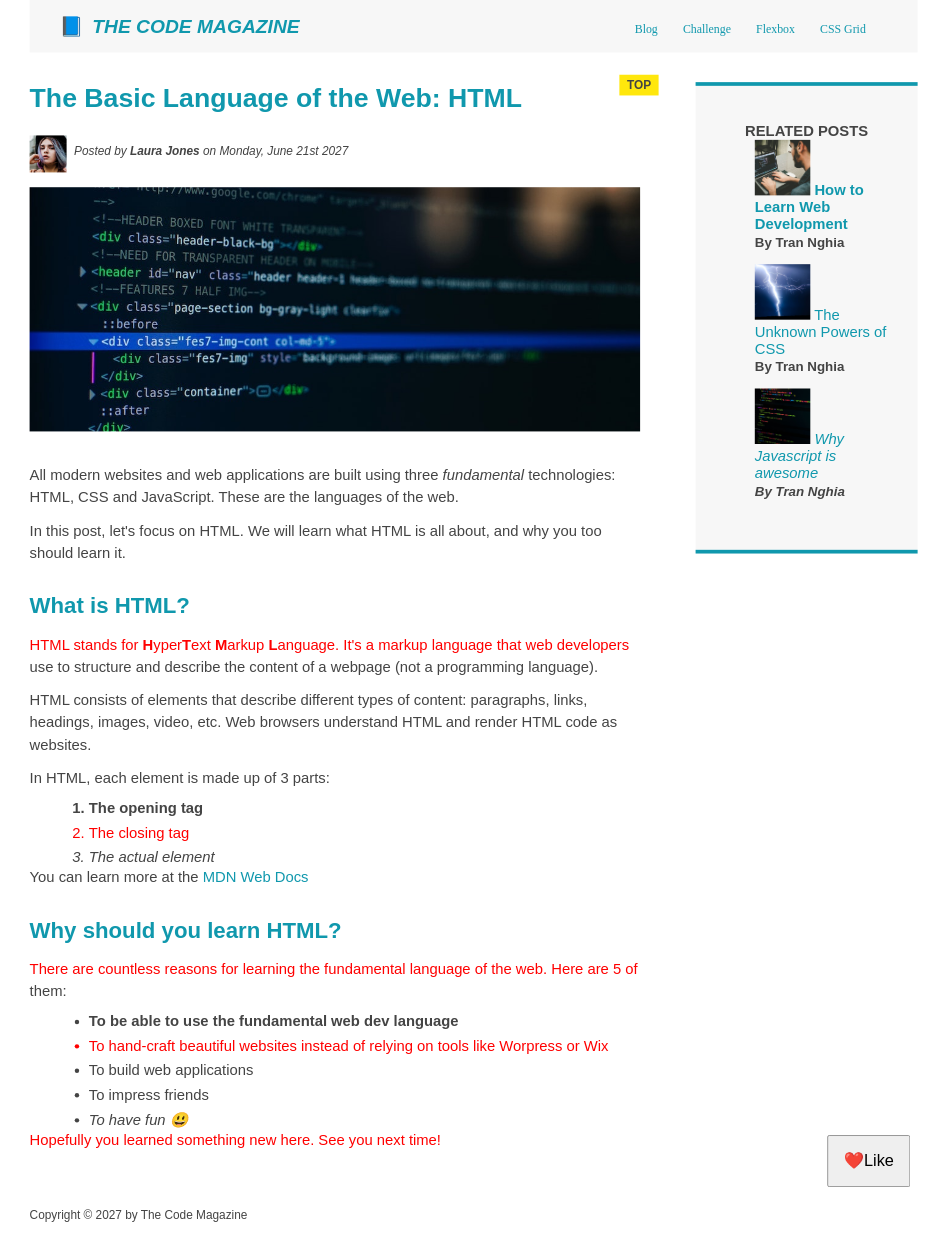
Repository: nghiakma/HTML-CSS-Fundamental
Page: HTML/index.html
These files come from the project's save history. The page is drawn as it stood at one moment and after the next save; the edit follows.
The browser window is 1280 px wide. The pictures show the whole page, at 74% of full size.

Above is the page before, as saved 2023-08-22 16:01:38.

### HTML/index.html
<!DOCTYPE html>
<html lang="en">

<head>
  <meta charset="UTF-8">
  <meta name="viewport" content="width=device-width, initial-scale=1.0">
  <title>The Basic Language of the web: HTML</title>
  <link rel="stylesheet" href="/CSS/index.css">
  <link rel="stylesheet" href="/CSS/layout.css">
</head>

<body>

  <div class="container">
    <header class="main-header clearfix">
      <h1>📘 The Code Magazine</h1>
      <nav>
        <a href="#">Blog</a>
        <a href="#">Challenge</a>
        <a href="#">Flexbox</a>
        <a href="#">CSS Grid</a>
      </nav>
      <!-- <div class="clear"></div> -->
    </header>

    <article>
      <header class="post-header">
        <h2>The Basic Language of the Web: HTML</h2>
        <img class="author-img" src="./laura-jones.jpg" alt="Headshot of Laura Jones" height="50" width="50">
        <p id="author" class="author">
          Posted by <strong>Laura Jones</strong> on Monday, June 21st 2027</p>
        <img class="post-img" src="./post-img.jpg" alt="HTML code on a screen" width="500" height="200">
      </header>
      <p>
        All modern websites and web applications are built using three <em>fundamental</em> technologies: HTML, CSS and
        JavaScript.
        These are the languages of the web.
      </p>
      <p>
        In this post, let's focus on HTML. We will learn what HTML is all about, and why you too should learn it.
      </p>
      <h3>What is HTML?</h3>
      <p>
        HTML stands for <strong>H</strong>yper<strong>T</strong>ext <strong>M</strong>arkup <strong>L</strong>anguage.
        It's
        a markup language that web developers use to structure and describe
        the content of a webpage (not a programming language).
      </p>
      <p>
        HTML consists of elements that describe different types of content: paragraphs, links, headings, images, video,
        etc.
        Web browsers understand HTML and render HTML code as websites.
      </p>
      <p>In HTML, each element is made up of 3 parts:</p>
      <ol>
        <li>The opening tag</li>
        <li>The closing tag</li>
        <li>The actual element</li>
      </ol>
      <p>You can learn more at the <a href="https://developer.mozilla.org/en-US/docs/Web/HTML" target="_blank">MDN Web
          Docs</a></p>
      <h3>Why should you learn HTML?</h3>
      <p>There are countless reasons for learning the fundamental language of the web. Here are 5 of them:</p>
      <ul>
        <li>To be able to use the fundamental web dev language</li>
        <li>To hand-craft beautiful websites instead of relying on tools like Worpress or Wix</li>
        <li>To build web applications</li>
        <li>To impress friends</li>
        <li>To have fun 😃</li>
      </ul>
      <p>Hopefully you learned something new here. See you next time!</p>
    </article>

    <!--Thuong duoc su dung de bo sung thong tin cho trang chinh
  Xác định nội dung nằm bên cạnh nội dung của trang-->
    <aside>
      <h4>Related posts</h4>

      <ul class="related">
        <li>
          <img src="./related-1.jpg" alt="Person programming" width="75" height="75">
          <a href="#">How to Learn Web Development</a>
          <p class="related-author">By Tran Nghia</p>
        </li>
        <li>
          <img src="./related-2.jpg" alt="Powers" width="75" height="75">
          <a href="#">The Unknown Powers of CSS</a>
          <p class="related-author">By Tran Nghia</p>
        </li>
        <li>
          <img src="./related-3.jpg" alt="Javascript" width="75" height="75">
          <a href="#">Why Javascript is awesome</a>
          <p class="related-author">By Tran Nghia</p>
        </li>
      </ul>
    </aside>

    <footer>
      <p id="copyright">Copyright &copy; 2027 by The Code Magazine</p>
    </footer>
  </div>

  <button>❤️Like</button>
</body>

</html>

### CSS/index.css
* {
  box-sizing: border-box;
  margin: 0;
}
body {
  position: relative;
}
h1,
h2,
h3,
h4,
p,
li {
  font-family: sans-serif;
  color: #444;
}
h1,
h2,
h3 {
  color: #1098ad;
}
h1 {
  font-size: 26px;
  text-transform: uppercase;
  font-style: italic;
}
h1::first-letter {
  font-style: normal;
  margin-right: 5px;
}
h2::after {
  content: "TOP";
  background-color: #ffe70c;
  color: #444;
  font-size: 16px;
  font-weight: bold;
  display: inline-block;
  padding: 5px 10px;
  position: absolute;
  top: -10px;
  right: -25px;
}

h2 {
  font-size: 36px;
  margin-bottom: 30px;

  position: relative;
}
h2::first-letter {
  /* font-size: 80px; */
}
h3 {
  font-size: 30px;
  margin-bottom: 20px;
  margin-top: 40px;
}
h4 {
  font-size: 20px;
  text-transform: uppercase;
  text-align: center;
}
p {
  font-size: 20px;
  line-height: 1.5;
  margin-bottom: 15px;
}
/*Lay thang lien ke h3*/
h3 + p::first-line {
  color: red;
}
ul,
ol {
  margin-left: 40px;
  margin-right: 40px;
}
li {
  font-size: 20px;
  margin-bottom: 10px;
}
li:last-child {
  margin-bottom: 0;
}
/* footer p {
  font-size: 16px;
} */
/* article header p {
  font-style: italic;
} */

#author {
  font-style: italic;
  font-size: 16px;
}
#copyright {
  font-size: 16px;
}
.related-author {
  font-size: 18px;
  font-weight: bold;
}
.related {
  list-style: none;
}
/*Le trai va phai giong nhau: tinh toan tu dong boi trinh duyet*/
.container {
  width: 1200px;
  /* margin-left: auto;
  margin-right: auto; */
  margin: 0 auto;
}
.main-header {
  background-color: #f7f7f7;
  /* padding: 20px;
  padding-left: 20px;
  padding-right: 40px; */
  padding: 20px 40px;
  margin-bottom: 40px;
}
article {
  margin-bottom: 60px;
}
.post-header {
  margin-bottom: 40px;
}
/*dung height: auto ; dua ti le khung hinh ve nhu ban dau*/
.post-img {
  width: 100%;
  height: auto;
}
aside {
  background-color: #f7f7f7;
  border-top: 5px solid #1098ad;
  border-bottom: 5px solid #1098ad;
  padding: 50px 0;
  width: 500px;
}
li:first-child {
  font-weight: bold;
}
li:last-child {
  font-style: italic;
}
li:nth-child(2) {
  color: red;
}
article p:last-child {
  color: red;
}
a:link {
  color: #1098ad;
  text-decoration: none;
}
a:visited {
  color: #1098ad;
}
a:hover {
  color: orangered;
  font-weight: bold;
  text-decoration: underline orangered;
}
a:active {
  background-color: black;
  font-style: italic;
}
nav {
  font-size: 16px;
  text-align: center;
}
nav a:link {
  /* background-color: orangered;
  margin: 20px;
  padding: 20px;
  display: block; */
  margin-right: 30px;
  margin-top: 10px;
  display: inline-block;
}
button {
  font-size: 22px;
  padding: 20px;
  cursor: pointer;
  position: absolute;
  /* top: 0;
  left: 0; */
  /* bottom: 0;
  left: 0; */
  /* top: 50px;
  left: 50px; */
  bottom: 50px;
  right: 50px;
}

### CSS/layout.css
.author-img {
  float: left;
  margin-bottom: 20px;
}
.author {
  float: left;
  margin-left: 10px;
  padding-top: 10px;
}
h1 {
  float: left;
}
/*khong con noi dung nua chieu cao = 0*/
/*Phan tu header se bien mat vi nhung phan tu h1 va nav se dc tha noi va nhu the nhung phan tu nay ko con tren trang nua*/
nav {
  float: right;
}
/*Cach khac phuc: clearing floats, xoa di phan tu noi
ap dung clearfix cho mot phan tu dam bao phan tu do khong bi anh huong boi cac phan tu da su dung float
tao ra mot phan tu con trong header noi dung rong
*/
.clearfix::after {
  content: "";
  clear: both;
  display: block;
}
article {
  width: 825px;
  float: left;
}
aside {
  width: 300px;
  float: right;
}
footer {
  clear: both;
}

After the next save:
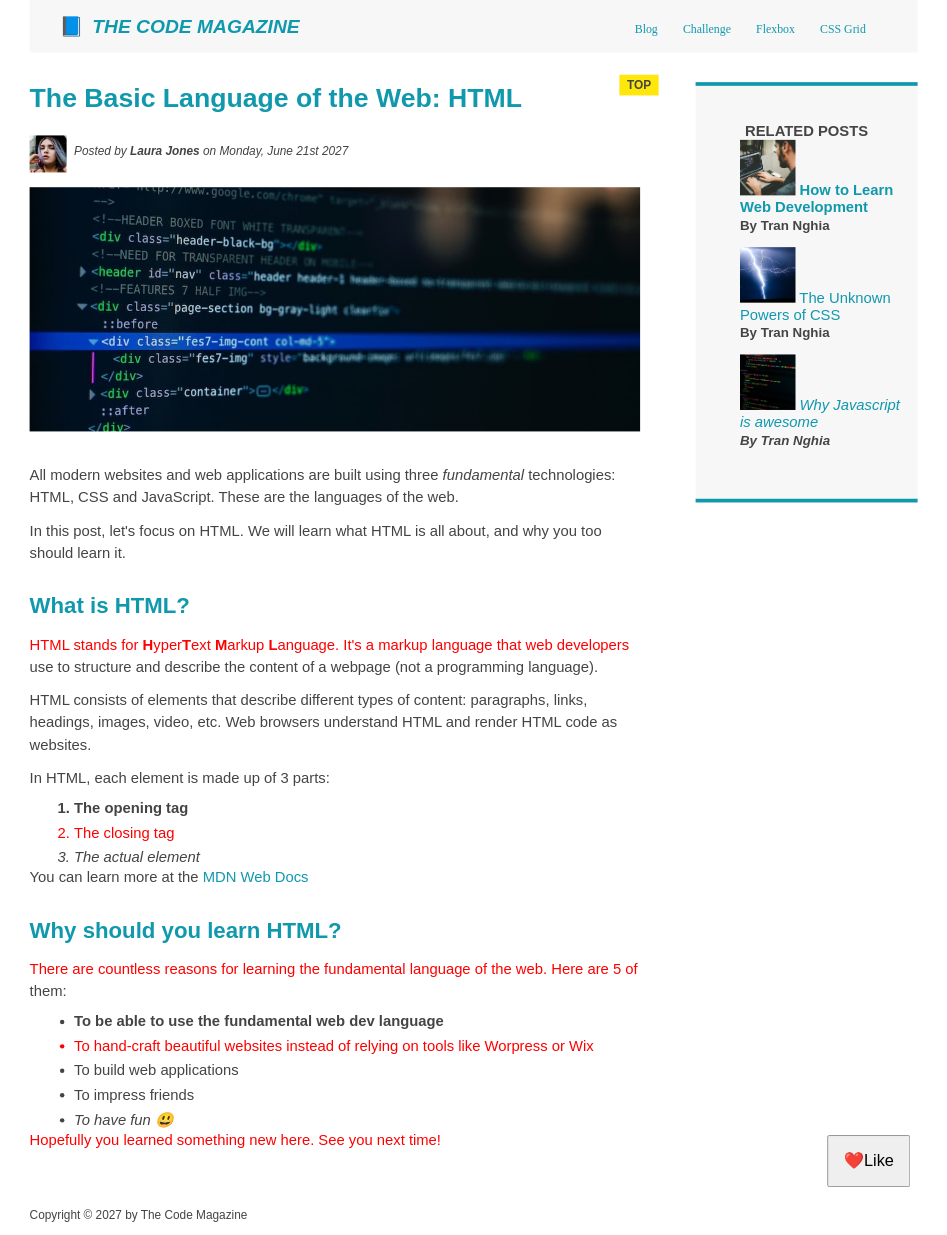
Saved 9 s later.
--- a/CSS/index.css
+++ b/CSS/index.css
@@ -71,8 +71,8 @@ h3 + p::first-line {
 }
 ul,
 ol {
-  margin-left: 40px;
-  margin-right: 40px;
+  margin-left: 20px;
+  margin-right: 20px;
 }
 li {
   font-size: 20px;
